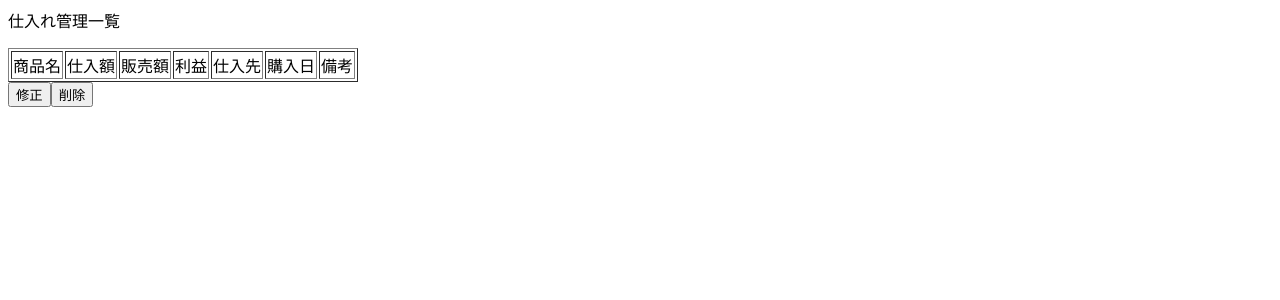
Repository: hayashikazuki/quroud9
Page: http://localhost/hurugi_keisan/product/hurugi_list.php
The author's editor kept a record of every edit. The page is drawn from the files as they stood at one moment, then again after the next edit.
The browser window is 1280 px wide. The pictures show the whole page.
The page is run by PHP 8.4 with error messages shown; the project is at /var/www/html/. Queries for data that is not in the repository find no rows.

Above is the page before.

After the next edit:
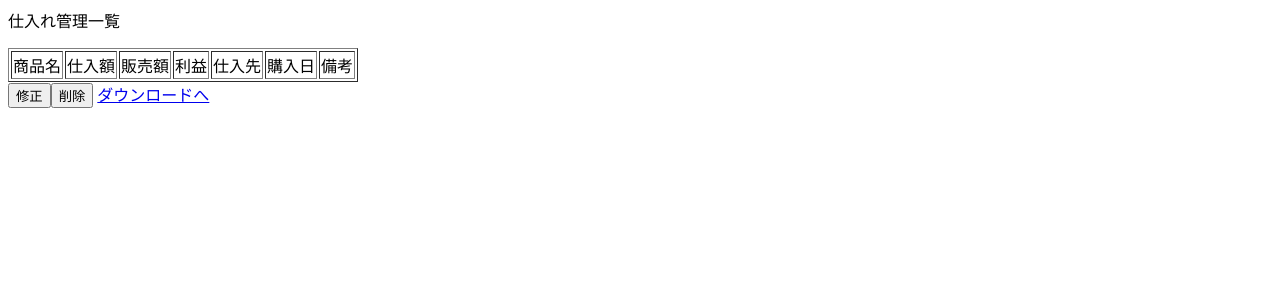
The edit:
--- a/hurugi_keisan/product/hurugi_list.php
+++ b/hurugi_keisan/product/hurugi_list.php
@@ -88,6 +88,8 @@
     }
     ?>
 
+    <a href="hurugi_download.php">ダウンロードへ</a>
+
     <!--<p>仕入れ管理一覧</p>-->
     <!--<table border="1">-->
     <!--    <tr>-->
